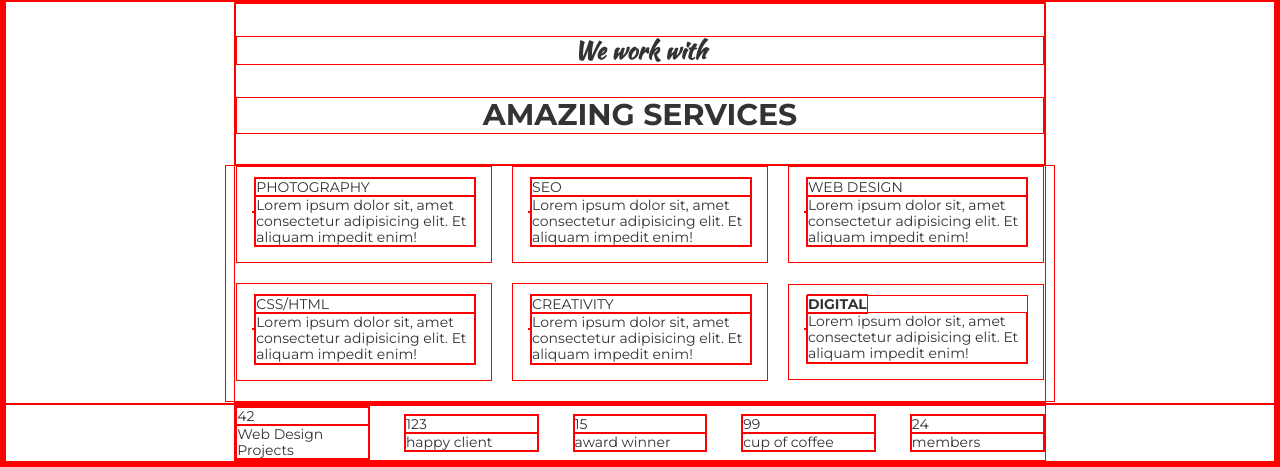
Repository: nataliiasaltan/Homework
Page: index.html
An editor plug-in stored every save of this project. The page is shown before and after the next save, followed by the edit.
The browser window is 1280 px wide. The pictures show the part of the page from y = 901 to 1368 px (the page is 1368 px tall before and 1364 px after).

Above is the page before, as saved 2020-02-27 10:58:51.

After the next save:
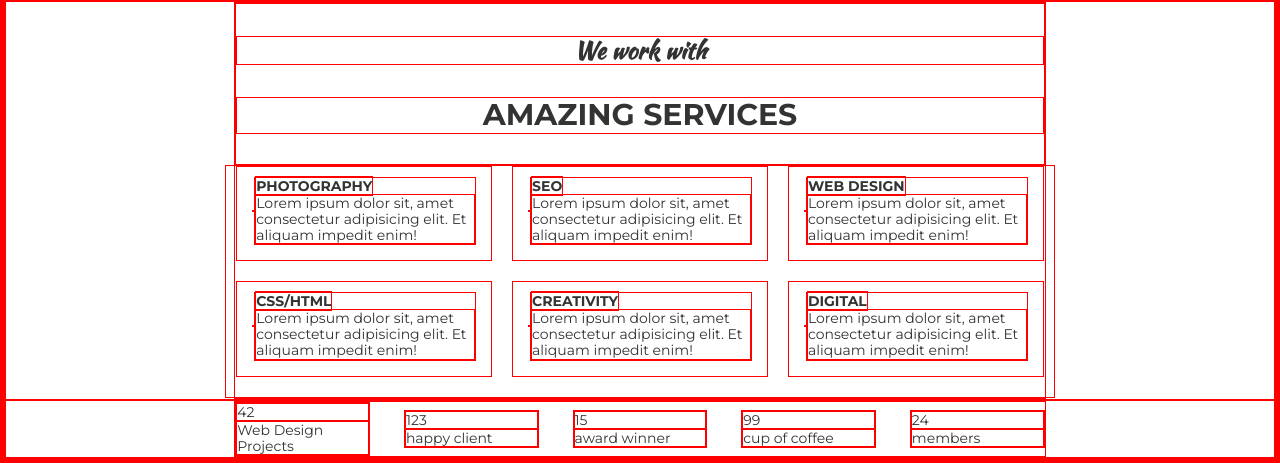
Saved 2 min 27 s later.
--- a/index.html
+++ b/index.html
@@ -62,7 +62,7 @@
                             <div class="development">
                                 <i class="icon-service"></i>
                                 <div class="development__inner">
-                                    <div class="name">Photography</div>
+                                    <strong class="name">Photography</strong>
                                     <div class="description">Lorem ipsum dolor
                                         sit,
                                         amet
@@ -74,7 +74,7 @@
                             <div class="development">
                                 <i class="icon-service"></i>
                                 <div class="development__inner">
-                                    <div class="name">seo</div>
+                                    <strong class="name">seo</strong>
                                     <div class="description">Lorem ipsum dolor
                                         sit,
                                         amet
@@ -86,7 +86,7 @@
                             <div class="development">
                                 <i class="icon-service"></i>
                                 <div class="development____inner">
-                                    <div class="name">Web Design</div>
+                                    <strong class="name">Web Design</strong>
                                     <div class="description">Lorem ipsum dolor
                                         sit,
                                         amet
@@ -98,7 +98,7 @@
                             <div class="development">
                                 <i class="icon-service"></i>
                                 <div class="development__inner">
-                                    <div class="name">Css/Html</div>
+                                    <strong class="name">Css/Html</strong>
                                     <div class="description">Lorem ipsum dolor
                                         sit,
                                         amet
@@ -110,7 +110,7 @@
                             <div class="development">
                                 <i class="icon-service"></i>
                                 <div class="development__inner">
-                                    <div class="name">Creativity</div>
+                                    <strong class="name">Creativity</strong>
                                     <div class="description">Lorem ipsum dolor
                                         sit,
                                         amet
